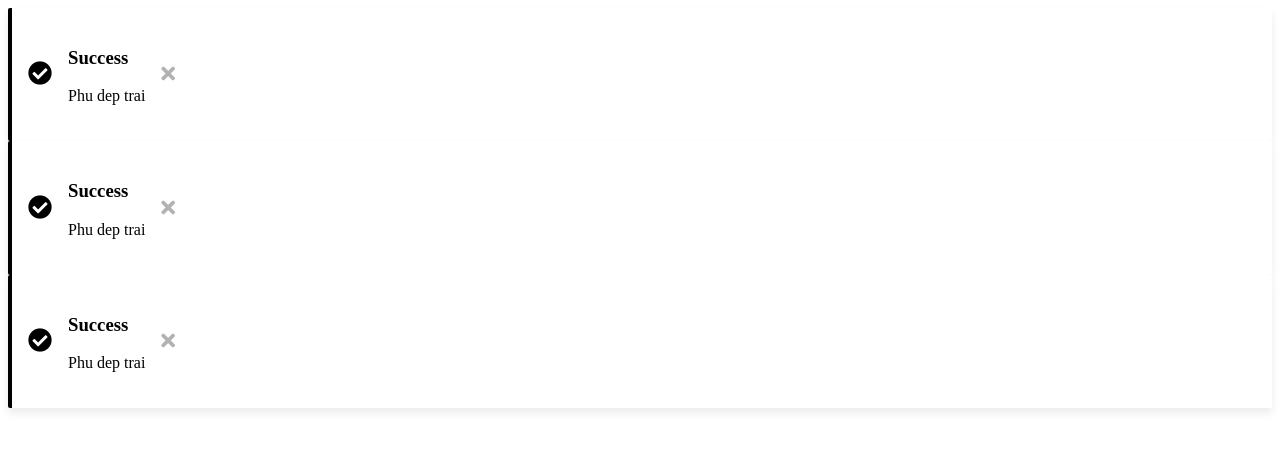
Repository: phunobi1807/theband
Page: btn.html
These files come from the project's save history. The page is drawn as it stood at one moment and after the next save; the edit follows.
The browser window is 1280 px wide. The pictures show the whole page.

Above is the page before, as saved 2021-06-12 12:22:46.

### btn.html
<!DOCTYPE html>
<html lang="en">
<head>
    <meta charset="UTF-8">
    <meta http-equiv="X-UA-Compatible" content="IE=edge">
    <meta name="viewport" content="width=device-width, initial-scale=1.0">
    <title>Document</title>
    <link rel="stylesheet" href="https://use.fontawesome.com/releases/v5.15.3/css/all.css" integrity="sha384-SZXxX4whJ79/gErwcOYf+zWLeJdY/qpuqC4cAa9rOGUstPomtqpuNWT9wdPEn2fk" crossorigin="anonymous">
    <link rel="stylesheet" href="./btn.css">
</head>
<body>
    <div>
        <div class="toast">
            <div class="toast__icon">
                <i class="fas fa-check-circle"></i>
            </div>
            <div class="toast__body">
                <h3 class="toast__title">
                     Success
                </h3>
                <p class="toast__msg">
                    Phu dep trai
                </p>
            </div>
            <div class="toast__close">
                <i class="fas fa-times"></i>
            </div>
        </div>


        <div class="toast">
            <div class="toast__icon">
                <i class="fas fa-check-circle"></i>
            </div>
            <div class="toast__body">
                <h3 class="toast__title">
                     Success
                </h3>
                <p class="toast__msg">
                    Phu dep trai
                </p>
            </div>
            <div class="toast__close">
                <i class="fas fa-times"></i>
            </div>
        </div>


        <div class="toast">
            <div class="toast__icon">
                <i class="fas fa-check-circle"></i>
            </div>
            <div class="toast__body">
                <h3 class="toast__title">
                     Success
                </h3>
                <p class="toast__msg">
                    Phu dep trai
                </p>
            </div>
            <div class="toast__close">
                <i class="fas fa-times"></i>
            </div>
        </div>
    </div>
</body>
</html>

### btn.css
.toast
{
    display: flex;
    align-items: center;
    background: #fff;
    border-radius: 2px;
    padding: 20px 0px;
    border-left: 4px solid;
    box-shadow: 0 5px 8px rgba(0, 0, 0, 0.08);
}
.toast__icon
{
font-size: 24px;
}
.toast__icon,
.toast__close
{
    padding: 0px 16px;
}
.toast__body
{

}
.toast__title
{

}
.toast__msg
{

}
.toast__close
{
    font-size: 20px;
    color: rgba(0, 0, 0, 0.3);
}

After the next save:
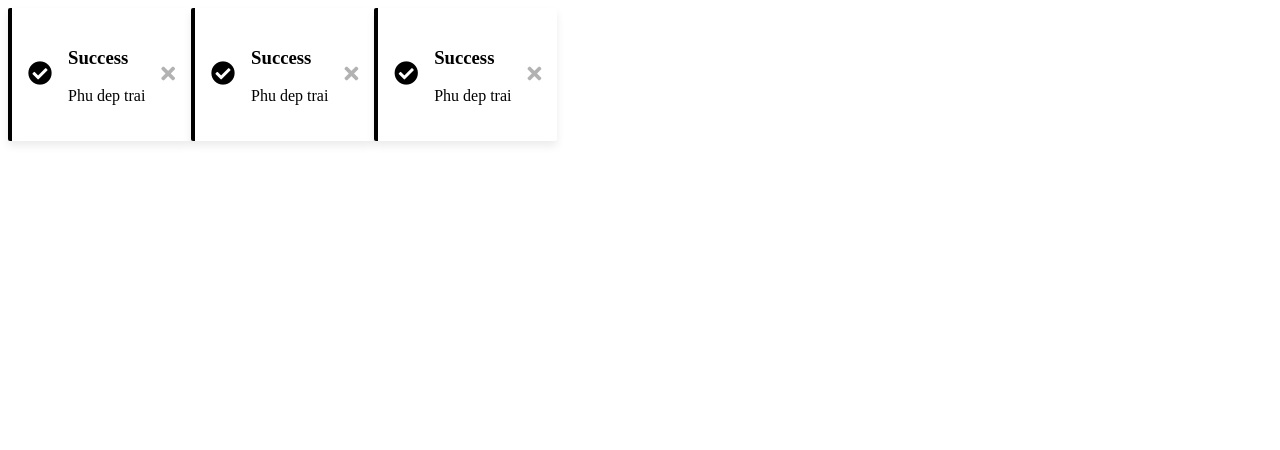
Saved 31 s later.
--- a/btn.css
+++ b/btn.css
@@ -1,3 +1,7 @@
+body > div
+{
+    display: flex;
+}
 .toast
 {
     display: flex;
